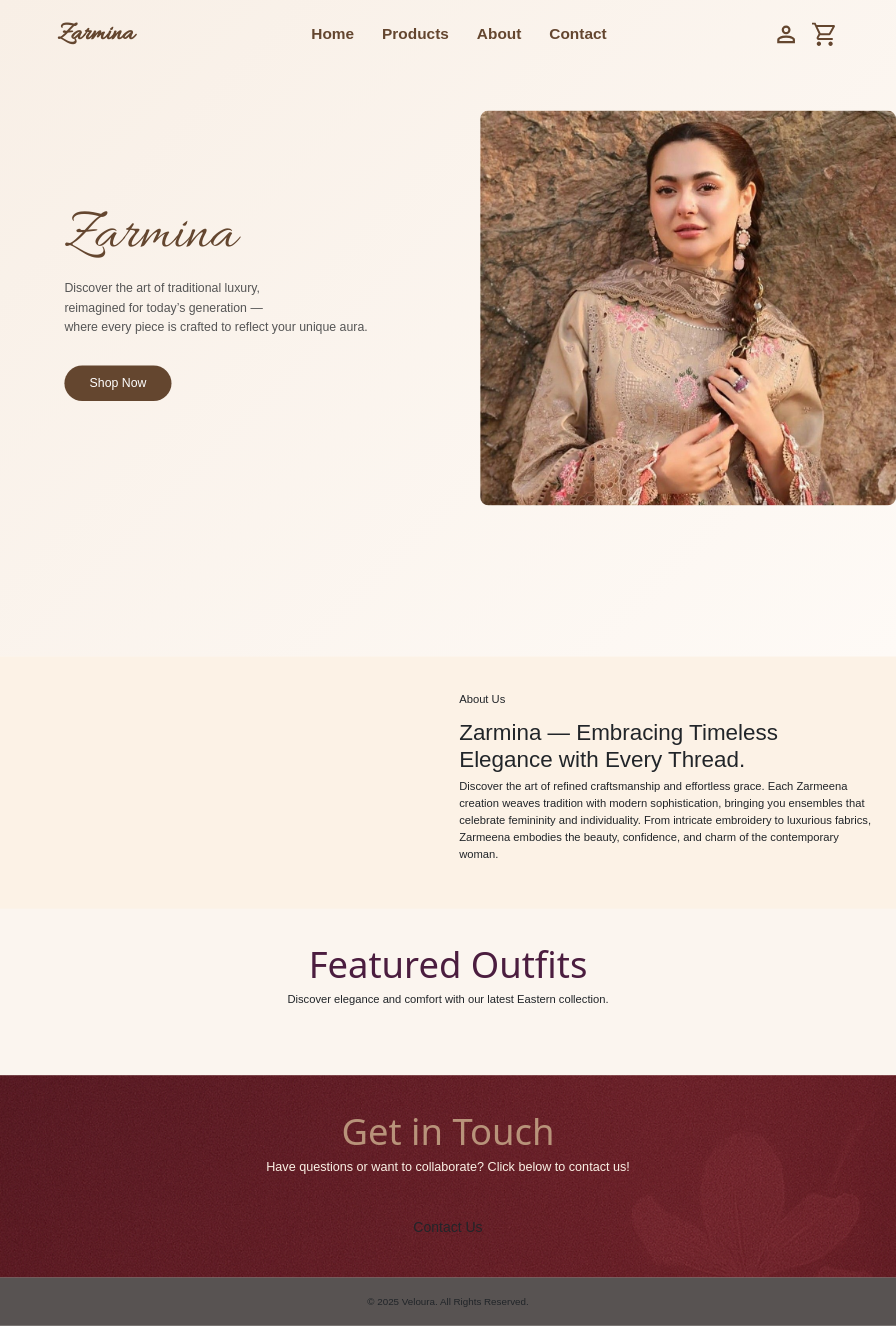
Repository: ayeshatehreem77/Clothing-store
Page: / (app in perfumes-app/)
These files come from the project's save history. The page is drawn as it stood at one moment and after the next save; the edit follows.
The browser window is 1280 px wide. The pictures show the whole page, at 70% of full size.
Pictures or frames that could not be fetched are drawn as grey boxes. The page's requests for data from a server got no answer. Some web fonts or font styles are not loaded; a fallback is used. The project was rebuilt for these pictures with package versions that can differ from the ones it lists, and the page was loaded fresh each time. No one was signed in, and anything a server would have sent is missing. Also part of the build but not shown: perfumes-app/src/components/Alert.js.

Above is the page before, as saved 2025-10-30 22:48:03.

### perfumes-app/public/index.html
<!DOCTYPE html>
<html lang="en">

<head>
  <meta charset="utf-8" />
  <link rel="icon" href="%PUBLIC_URL%/favicon.ico" />
  <meta name="viewport" content="width=device-width, initial-scale=1" />
  <meta name="theme-color" content="#000000" />
  <meta name="description" content="Web site created using create-react-app" />
  <link rel="apple-touch-icon" href="%PUBLIC_URL%/logo192.png" />
  <!--
      manifest.json provides metadata used when your web app is installed on a
      user's mobile device or desktop. See https://developers.google.com/web/fundamentals/web-app-manifest/
    -->
  <link rel="manifest" href="%PUBLIC_URL%/manifest.json" />

  <title>Zarmina</title>

  <link rel="preconnect" href="https://fonts.googleapis.com">
  <link rel="preconnect" href="https://fonts.gstatic.com" crossorigin>
  <link
    href="https://fonts.googleapis.com/css2?family=Allura&family=Libertinus+Serif+Display&family=Lilita+One&display=swap"
    rel="stylesheet">

</head>

<body>
  <noscript>You need to enable JavaScript to run this app.</noscript>
  <div id="root"></div>
  <!--
      This HTML file is a template.
      If you open it directly in the browser, you will see an empty page.

      You can add webfonts, meta tags, or analytics to this file.
      The build step will place the bundled scripts into the <body> tag.

      To begin the development, run `npm start` or `yarn start`.
      To create a production bundle, use `npm run build` or `yarn build`.
    -->
</body>

</html>

### perfumes-app/src/index.js
import React from 'react';
import ReactDOM from 'react-dom/client';
import './index.css';
import 'bootstrap/dist/css/bootstrap.min.css';
import 'bootstrap/dist/js/bootstrap.bundle.min.js';
import App from './App';
import reportWebVitals from './reportWebVitals';
import { AuthProvider } from './context/AuthContext';

const root = ReactDOM.createRoot(document.getElementById('root'));
root.render(
  <React.StrictMode>
    <AuthProvider>
    <App />
    </AuthProvider>
  </React.StrictMode>
);

// If you want to start measuring performance in your app, pass a function
// to log results (for example: reportWebVitals(console.log))
// or send to an analytics endpoint. Learn more: https://bit.ly/CRA-vitals
reportWebVitals();

### perfumes-app/src/context/AuthContext.js
// src/context/AuthContext.js
import React, { createContext, useState, useEffect } from "react";
import axios from "axios";

export const AuthContext = createContext();

export const AuthProvider = ({ children }) => {
  const [user, setUser] = useState(null);

  // ✅ Fetch user details from backend using token
  const fetchUser = async () => {
    const token = localStorage.getItem("token");
    if (!token) return;

    try {
      const res = await axios.get("http://localhost:4000/auth/user", {
        headers: { Authorization: `Bearer ${token}` },
      });
      setUser(res.data); // { userId, email, role }
    } catch (err) {
      console.error("Failed to fetch user:", err);
      localStorage.removeItem("token");
      setUser(null);
    }
  };

  // ✅ Auto-fetch user on first render (if token exists)
  useEffect(() => {
    fetchUser();
  }, []);

  // ✅ Handle login
  const login = async (email, password) => {
    try {
      const res = await axios.post("http://localhost:4000/auth/login", {
        email,
        password,
      });

      // backend returns { authToken: "..." }
      const token = res.data.authToken;
      if (!token) throw new Error("No token returned");

      localStorage.setItem("token", token);
      await fetchUser(); // instantly update user

      return true; // success
    } catch (err) {
      console.error("Login error:", err.response?.data || err.message);
      throw err.response?.data?.message || "Login failed";
    }
  };

  // ✅ Handle logout
  const logout = () => {
    localStorage.removeItem("token");
    setUser(null);
  };

  return (
    <AuthContext.Provider value={{ user, login, logout, fetchUser }}>
      {children}
    </AuthContext.Provider>
  );
};

### perfumes-app/src/App.css
body {
  font-family: 'Poppins', sans-serif;
  background-color: #FBF5EF;
}

html {
  scroll-behavior: smooth;
}


.veloura-logo {
  font-family: "Allura", cursive;
  font-weight: 400;
  font-style: normal;
  font-size: 37px;
  color: #64462F !important;
}

.navbar {
  background: transparent !important;
}

button.navbar-toggler {
  border: none !important;
}

.navbar-toggler-icon {
  background-image: url("data:[embedded picture, 222 characters]");
}



.nav-link {
  color: #64462F !important;
  font-size: 22px;
  font-weight: 600;
}

.hero-section {
  background: linear-gradient(135deg, #f8efe6, #fefaf6);

  min-height: 100vh;
  display: flex;
  flex-direction: column;
  font-family: "Poppins", sans-serif;
}

/* =============== HERO LAYOUT =============== */
.hero-layout {
 display: flex;
    justify-content: center;
    align-items: flex-start;
    width: 100%;
    max-width: 1400px;
    height: 100vh;
    margin: 60px 0;

}

/* ---------- Left Section ---------- */
.hero-left {
    flex: 1 1;
    position: relative;
    margin: 133px 0px 0 92px;
}

.main-image {
  width: 100%;
  height: 564px;
  border-radius: 12px;
  overflow: hidden; /* ✅ ensures image stays inside box */
  position: relative;
  background-color: #93c5fd;
}

/* Make image fill box properly */
.main-image img {
  width: 100%;
  height: 100%;
  object-fit: cover; /* ✅ maintains aspect ratio without stretching */
  object-position: center;
  display: block;
}


.side-handle {
  position: absolute;
  left: -50px;
  bottom: 50%;
  transform: rotate(-90deg);
  font-size: 14px;
  color: #555;
  letter-spacing: 2px;
}

/* ---------- Right Section ---------- */
.hero-right {
  flex: 1;
  display: flex;
  flex-direction: column;
  justify-content: space-between;
  gap: 2rem;
}

/* Text Area */
.hero-text h2 {
  font-size: 1.6rem;
  color: #6c6c6c;
  margin-bottom: 5px;
  letter-spacing: 2px;
}

.hero-text h1 {
  font-family: "Allura", cursive;
  font-weight: 400;
  font-style: normal;
  font-size: 5.2rem;
  color: #64462F;
  line-height: 1.1;
}

.hero-text p {
  font-size: 1.1rem;
  color: #555;
  margin-top: 15px;
  line-height: 1.6;
}

.shop-btn {
  background-color: #64462F;
  color: white;
  border: none;
  padding: 12px 36px;
  border-radius: 40px;
  font-size: 1.1rem;
  margin-top: 25px;
  cursor: pointer;
  transition: background-color 0.3s ease;
}

.shop-btn:hover {
  background-color: #a3846d;
}

/* Small Image Grid */
.image-grid {
  display: grid;
  grid-template-columns: repeat(2, 1fr);
  gap: 20px;
}

.small-box {
  height: 200px;
  background-color: #93c5fd;
  border-radius: 12px;
}

/* =============== RESPONSIVE DESIGN =============== */
@media (max-width: 992px) {
  .hero-layout {
    flex-direction: column;
    text-align: center;
  }

  .side-handle {
    display: none;
  }

  .hero-text h1 {
    font-size: 3rem;
  }

  .main-image {
    height: 400px;
  }
}


.products-section h2 {
  font-family: "Libertinus Serif Display", system-ui;
  font-weight: 400;
  font-style: normal;
  font-size: 52px;
  color: #4B1D3F;
}

.product-card {
  transition: all 0.3s ease-in-out;
  border-radius: 10px;
  background: transparent;
}

.card-img {
  border-radius: 10px;
  /* background: #FCF2E6; */
  background: #4B1D3F;
}

.product-card:hover {
  transform: translateY(-5px);
}

.card-text,
.card-title {
  font-size: 23px;
  color: #4B1D3F;
}

/* about us */

.aboutus {
  display: grid;
  grid-template-columns: 1fr 1fr;
  gap: 2rem;
  align-items: center;
  padding: 2rem;
  background: #FCF2E6;
}

.right-section video {
  width: 70%;
  max-height: 80vh;
  height: 100%;
  object-fit: cover;
  display: block;
}

/* product details */


.modal-header p {
  font-size: 14px;
  color: #451b277a;
}

.product-img {
  width: 100%;
  border-radius: 10px;
}

.product-title {
  font-family: "Libertinus Serif Display", system-ui;
  font-weight: 400;
  font-style: normal;
  font-size: 36px;
  color: #4B1D3F;
}



.modal-content {
  background: #FCF2E6 !important;
  margin: auto !important;
  height: 98vh;
  overflow: hidden;
}

.breadcrumb-item a {
  text-decoration: none !important;
  color: black !important;
}

.modal-dialog {
  max-width: 900px;
  display: flex;
  align-items: center;
  justify-content: center;
  min-height: calc(100vh - 2rem); /* keeps it centered */
}

/* Optional - pretty scrollbar inside modal */
.modal-content::-webkit-scrollbar {
  width: 8px;
}
.modal-content::-webkit-scrollbar-thumb {
  background: #d4b191;
  border-radius: 10px;
}
.modal-content::-webkit-scrollbar-thumb:hover {
  background: #b8937a;
}

.modal-body {
  padding: 2rem !important;
}

.gender,
.concentration {
  background-color: #D4B191;
  border-radius: 21%;
  padding: 6px 11px;
  margin-bottom: 5px;
}

.add-cart-btn {
  margin-top: 1rem;
  background-color: #D4B191;
  padding: 10px 25px;
  color: #451B27;
  font-weight: 600;
}

.product-detail {
  margin-top: 0;
  margin-bottom: 1rem;
  font-size: 13px;
  color: #8b745e;
}

.btn-close:focus {
  box-shadow: none !important;
  outline: none !important;
}

/* contact us */

.contact-us {
  background-image: url("Assets/contactus2-bg.png");
  background-position: center;
  background-repeat: no-repeat;
  background-size: cover;
}

.contact-section h2 {
  font-family: "Libertinus Serif Display", system-ui;
  font-weight: 400;
  font-style: normal;
  font-size: 52px;
  color: #b8937a;
  text-align: center;
}

.contact-section p {
  font-size: 18px;
  color: #FCF2E6;
  /* accent purple */
  margin-bottom: 3rem;
  text-align: center;
}

.contact-form {
  max-width: 600px;
  margin: 0 auto;
  display: grid;
  gap: 1.5rem;
}

.contact-form input,
.contact-form textarea {
  padding: 1rem 1.2rem;
  border: 2px solid #D4B191;
  /* brand pink/gold */
  border-radius: 10px;
  font-size: 16px;
  width: 100%;
  outline: none;
  transition: border 0.3s, box-shadow 0.3s;
}

.contact-form input:focus,
.contact-form textarea:focus {
  border-color: #5E1E27;
  /* pink highlight */
  box-shadow: 0 0 10px rgba(252, 65, 90, 0.2);
}

.contact-form button {
  background-color: #D4B191;
  color: #451B27;
  padding: 1rem 2.5rem;
  font-size: 18px;
  font-weight: 600;
  border: none;
  border-radius: 10px;
  cursor: pointer;
  transition: transform 0.3s, background 0.3s;
}

.contact-form button:hover {
  background-color: #5E1E27;
  color: #fff;
  transform: scale(1.05);
}

/* Responsive */
@media (max-width: 768px) {
  .contact-form {
    gap: 1rem;
  }

  .contact-section h2 {
    font-size: 36px;
  }

  .contact-section p {
    font-size: 16px;
  }
}

/* Copyright */

footer {
  position: relative;
  bottom: 0;
  width: 100%;
  background-color: #0b0708ac;
}

/* login modal */

.auth-modal-content {
  background-color: #fdf7f2 !important;
  border-radius: 16px;
  border: none;
  box-shadow: 0 4px 20px rgba(0, 0, 0, 0.1);
  height: 90vh !important;
  width: 70%;
}

.auth-title {
  color: #4c0d23;
  font-weight: 700;
}

.auth-login-btn {
  background-color: #4c0d23;
  color: #fff;
  border-radius: 12px;
  transition: background-color 0.3s ease;
}

.auth-login-btn:hover {
  background-color: #300818;
}

.auth-signup-btn {
  border: 2px solid #b8860b;
  color: #b8860b;
  border-radius: 12px;
  background-color: transparent;
  transition: all 0.3s ease;
}

.auth-signup-btn:hover {
  background-color: #b8860b;
  color: #fff;
}

.auth-forgot-link {
  color: #4c0d23;
  text-decoration: none;
  font-weight: 500;
}

.auth-forgot-link:hover {
  text-decoration: underline;
}

.authfade-enter {
  opacity: 0;
  transform: translateY(10px);
}
.authfade-enter-active {
  opacity: 1;
  transform: translateY(0);
  transition: opacity 300ms ease, transform 300ms ease;
}
.authfade-exit {
  opacity: 1;
  transform: translateY(0);
}
.authfade-exit-active {
  opacity: 0;
  transform: translateY(-10px);
  transition: opacity 300ms ease, transform 300ms ease;
}

### perfumes-app/src/components/Aboutus.js
import React, { useEffect, useRef } from 'react';

function Aboutus() {
  const videoRef = useRef(null);

  useEffect(() => {
    if (videoRef.current) {
      const playPromise = videoRef.current.play();
      if (playPromise !== undefined) {
        playPromise.catch((error) => {
          console.log("Autoplay prevented:", error);
        });
      }
    }
  }, []);

  return (
    <div id='about' className="aboutus" style={{  }}>
      <div className="right-section">
        <video
          ref={videoRef}
          autoPlay
          muted
          loop
          playsInline
          style={{ width: "100%", height: "auto", borderRadius: "12px", objectFit: "cover" }}
        >
          <source src="/assets/aboutusvideo.mp4" type="video/mp4" />
          Your browser does not support the video tag.
        </video>
      </div>
      <div className="left-section">
        <p>About Us</p>
        <h2>
         Zarmina — Embracing Timeless Elegance with Every Thread.
        </h2>
        <p>Discover the art of refined craftsmanship and effortless grace. Each Zarmeena creation weaves tradition with modern sophistication, bringing you ensembles that celebrate femininity and individuality. From intricate embroidery to luxurious fabrics, Zarmeena embodies the beauty, confidence, and charm of the contemporary woman.</p>
      </div>
    </div>
  );
}

export default Aboutus;

### perfumes-app/src/components/ContactForm.js
import React from 'react'

function ContactForm() {
  return (
    <div className='contact-us align-center text-center'>
        <div className='contact-section pt-5'>
      <h2>
        Get in Touch
      </h2>
      <p>
        Have questions or want to collaborate? Click below to contact us!
      </p>
        </div>
      <button
        type="button"
        className="btn btn-lg shopnow-btn mb-5 mt-0"
        data-bs-toggle="modal"
        data-bs-target="#contactModal"
      >
        Contact Us
      </button>
    </div>
  )
}

export default ContactForm

### perfumes-app/src/components/Footer.js
import React from "react";

function Footer() {
  const year = new Date().getFullYear();

  return (
    <footer
      className="text-center py-4"
    >
      <p style={{ margin: 0, fontSize: "14px" }}>
        &copy; {year} Veloura. All Rights Reserved.
      </p>
    </footer>
  );
}

export default Footer;

### perfumes-app/src/components/Hero.js
import React from "react";
import Navbar from "./Navbar";

function Hero() {
  return (
    <div className="hero-section">
      <Navbar />

      <div className="hero-layout">
        {/* Left Main Image Box */}
        <div className="hero-left">
          <div className="hero-text">
            <h1>Zarmina</h1>
            <p>
              Discover the art of traditional luxury, <br/> reimagined for today’s generation — <br/> where every piece is crafted to reflect your unique aura.
            </p>
            <button className="shop-btn">Shop Now</button>
          </div>
        </div>

        {/* Right Side Content */}
        <div className="hero-right">
          <div className="main-image">
            <img src="assets/hero-img1.jpg" alt="" />
          </div>
        </div>
      </div>
    </div>
  );
}

export default Hero;

### perfumes-app/src/components/Products.js
import React, { useEffect, useState } from "react";

function Products({ setSelectedProduct }) {
  const [products, setProducts] = useState([]);
  const [loading, setLoading] = useState(true);

  useEffect(() => {
    const fetchProducts = async () => {
      try {
        const res = await fetch("http://localhost:4000/products");
        const data = await res.json();

        console.log("Fetched products:", data); // 👀 check console to confirm shape
        // Adjust depending on your backend response
        setProducts(data.data || data);
      } catch (error) {
        console.error("Failed to fetch products:", error);
      } finally {
        setLoading(false);
      }
    };

    fetchProducts();
  }, []);

  if (loading) return <p className="text-center">Loading products...</p>;

  return (
    <div id="products" className="products-section py-5">
      <div className="container w-75">
        <div className="product-text text-center mb-5">
          <h2>Featured Outfits</h2>
          <p className="mx-5 mb-5">
            Discover elegance and comfort with our latest Eastern collection.
          </p>
        </div>

        <div className="row">
          {products.map((product) => (
            <div className="col-md-4 mb-4" key={product._id}>
              <div
                className="card border-0 product-card h-100"
                data-bs-toggle="modal"
                data-bs-target="#productsDetails"
                onClick={() => setSelectedProduct(product)}
              >
                <img
                   src={`http://localhost:4000${product.images?.[0]}`}
                  className="card-img card-img-top"
                  alt={product.name}
                />
                <div className="card-body text-center">
                  <h5 className="card-title">{product.name}</h5>
                  <p className="card-text text-muted">PKR {product.price}</p>
                </div>
              </div>
            </div>
          ))}
        </div>
      </div>
    </div>
  );
}

export default Products;

### perfumes-app/src/components/Navbar.js
import React, { useContext } from "react";
import { AuthContext } from "../context/AuthContext";

function Navbar() {
  const { user, logout } = useContext(AuthContext);

  return (
    <nav className="navbar navbar-expand-lg py-3">
      <div className="container d-flex justify-content-between align-items-center">
        <a className="navbar-brand fw-bold veloura-logo" href="/">
          Zarmina
        </a>

        <ul className="navbar-nav mx-auto d-lg-flex flex-row gap-4">
          <li className="nav-item"><a className="nav-link" href="/">Home</a></li>
          <li className="nav-item"><a className="nav-link" href="#products">Products</a></li>
          <li className="nav-item"><a className="nav-link" href="#about">About</a></li>
          <li className="nav-item">
            <a className="nav-link" href="/" data-bs-toggle="modal" data-bs-target="#contactModal">Contact</a>
          </li>
        </ul>

        <div className="d-none d-lg-flex align-items-center gap-3">
            <a
              className="nav-link p-0"
              href="#"
              data-bs-toggle="modal"
              data-bs-target="#authModal"
            >
              <svg xmlns="http://www.w3.org/2000/svg" height="38px" viewBox="0 -960 960 960" width="38px" fill="#64462F"><path d="M480-480q-66 0-113-47t-47-113q0-66 47-113t113-47q66 0 113 47t47 113q0 66-47 113t-113 47ZM160-160v-112q0-34 17.5-62.5T224-378q62-31 126-46.5T480-440q66 0 130 15.5T736-378q29 15 46.5 43.5T800-272v112H160Zm80-80h480v-32q0-11-5.5-20T700-306q-54-27-109-40.5T480-360q-56 0-111 13.5T260-306q-9 5-14.5 14t-5.5 20v32Zm240-320q33 0 56.5-23.5T560-640q0-33-23.5-56.5T480-720q-33 0-56.5 23.5T400-640q0 33 23.5 56.5T480-560Zm0-80Zm0 400Z" /></svg>
            </a>

          <a
            href="#"
            className="nav-link"
            data-bs-toggle="modal"
            data-bs-target="#cartModal"
          >
            <svg xmlns="http://www.w3.org/2000/svg" height="40px" viewBox="0 -960 960 960" width="40px" fill="#64462F"><path d="M284.53-80.67q-30.86 0-52.7-21.97Q210-124.62 210-155.47q0-30.86 21.98-52.7Q253.95-230 284.81-230t52.69 21.98q21.83 21.97 21.83 52.83t-21.97 52.69q-21.98 21.83-52.83 21.83Zm400 0q-30.86 0-52.7-21.97Q610-124.62 610-155.47q0-30.86 21.98-52.7Q653.95-230 684.81-230t52.69 21.98q21.83 21.97 21.83 52.83t-21.97 52.69q-21.98 21.83-52.83 21.83ZM238.67-734 344-515.33h285.33l120-218.67H238.67ZM206-800.67h589.38q22.98 0 34.97 20.84 11.98 20.83.32 41.83L693.33-490.67q-11 19.34-28.87 30.67-17.87 11.33-39.13 11.33H324l-52 96h487.33V-286H278q-43 0-63-31.83-20-31.84-.33-68.17l60.66-111.33-149.33-316H47.33V-880h121.34L206-800.67Zm138 285.34h285.33H344Z"/></svg>
          </a>
        </div>
      </div>
    </nav>
  );
}

export default Navbar;

Loaded but not shown: perfumes-app/src/index.css (common file); perfumes-app/src/reportWebVitals.js (common file); perfumes-app/src/components/Login.js (294 lines, source omitted); perfumes-app/src/components/ProductsDetails.js (162 lines, source omitted); perfumes-app/src/components/AddToCart.js (158 lines, source omitted); perfumes-app/src/components/ContactModal.js (121 lines, source omitted); perfumes-app/src/App.js (116 lines, source omitted)

After the next save:
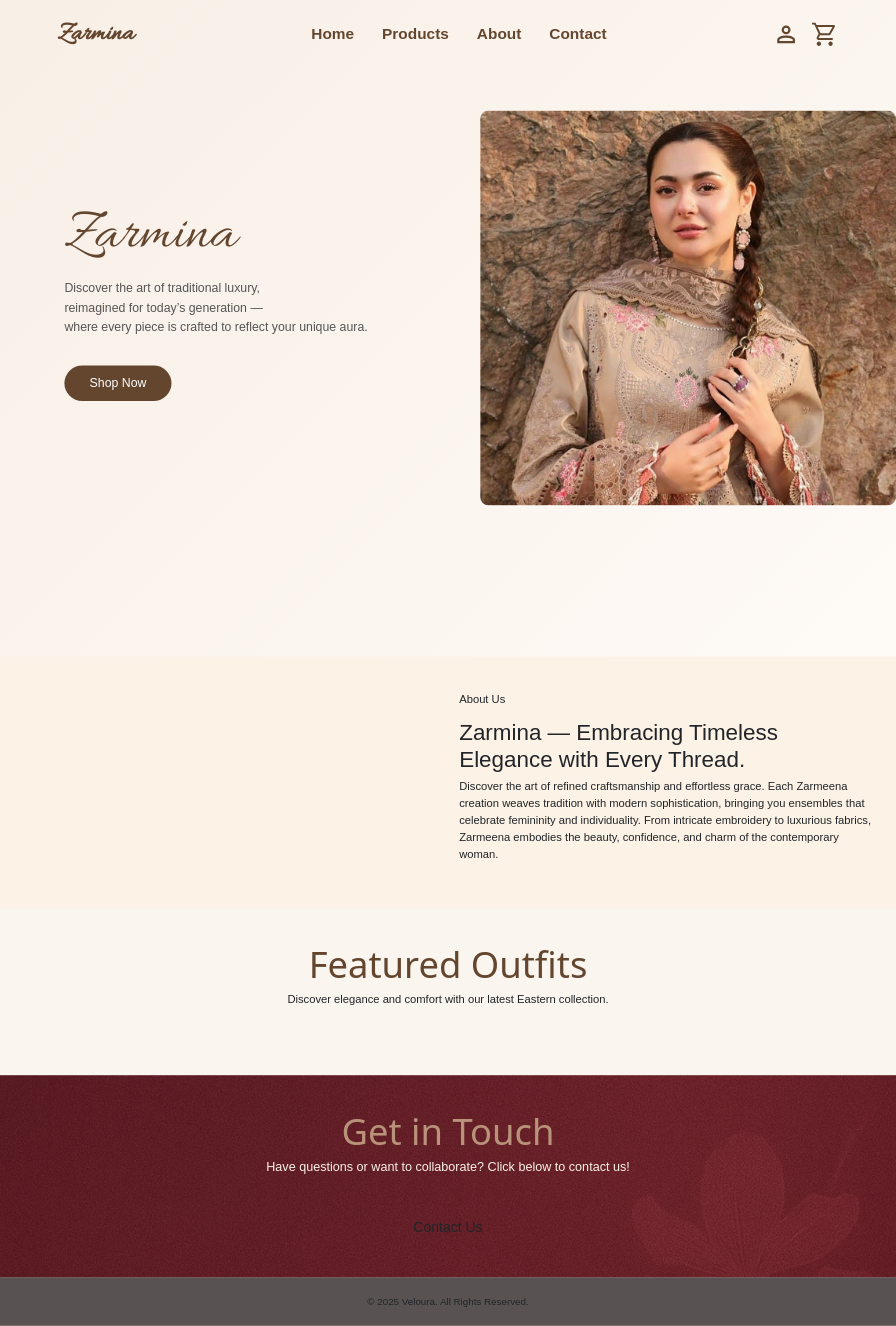
Saved 65 s later.
--- a/perfumes-app/src/App.css
+++ b/perfumes-app/src/App.css
@@ -181,7 +181,7 @@ button.navbar-toggler {
   font-weight: 400;
   font-style: normal;
   font-size: 52px;
-  color: #4B1D3F;
+  color: #64462F;
 }
 
 .product-card {
@@ -193,7 +193,7 @@ button.navbar-toggler {
 .card-img {
   border-radius: 10px;
   /* background: #FCF2E6; */
-  background: #4B1D3F;
+  background: #64462F;
 }
 
 .product-card:hover {
@@ -203,7 +203,7 @@ button.navbar-toggler {
 .card-text,
 .card-title {
   font-size: 23px;
-  color: #4B1D3F;
+  color: #64462F;
 }
 
 /* about us */
@@ -243,7 +243,7 @@ button.navbar-toggler {
   font-weight: 400;
   font-style: normal;
   font-size: 36px;
-  color: #4B1D3F;
+  color: #64462F;
 }
 
 
